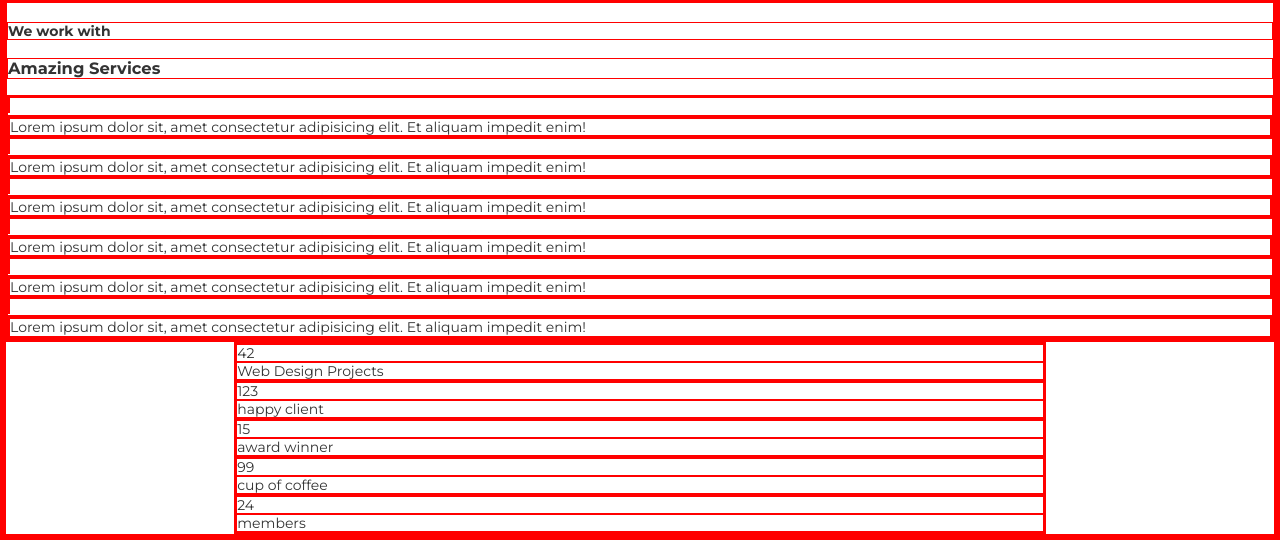
Repository: nataliiasaltan/Homework
Page: index.html
An editor plug-in stored every save of this project. The page is shown before and after the next save, followed by the edit.
The browser window is 1280 px wide. The pictures show the part of the page from y = 901 to 1443 px (the page is 1441 px tall before and 1443 px after).

Above is the page before, as saved 2020-02-27 08:02:03.

### index.html
<!DOCTYPE html>
<html lang="en">
    <head>
        <meta charset="UTF-8">
        <meta name="viewport" content="width=device-width, initial-scale=1.0">
        <link rel="stylesheet"
            href="https://necolas.github.io/normalize.css/8.0.1/normalize.css">
        <link
            href="https://fonts.googleapis.com/css?family=Kaushan+Script|Montserrat:400,700|Roboto:400,400i&display=swap"
            rel="stylesheet">
        <link rel="stylesheet" href="css/icomoon.css">
        <link rel="stylesheet" href="css/style.css">
        <title>Mogo</title>
    </head>
    <body>
        <div class="wrapper">
            <header class="header">
                <div class="container">
                    <div class="header__wrapper">
                        <strong class="logo"><a href="home.html" alt="MoGo"></a>MoGo</strong>
                        <div class="header__inner">
                            <nav class="nav">
                                <ul class="nav-list">
                                    <li><a href="#">About</a></li>
                                    <li><a href="#">service</a></li>
                                    <li><a href="#">work</a></li>
                                    <li><a href="#">blog</a></li>
                                    <li><a href="#">contact</a></li>
                                </ul>
                            </nav>
                            <div class="booking">
                                <a href="#"> <i class="icon-shopping-cart"></i></a>
                                <a href="#"> <i class="icon-search"></i></a>
                            </div>
                        </div>
                    </div>
                </div>
            </header>
            <main>
                <section class="about" style="background-image:
                    url(images/Layer_15.png);">
                    <div class="about__container">
                        <div class="about__inner">
                            <div class="creative">Creative Template</div>
                            <div class="about__title">Welcome <br> to MoGo</div>
                             </div>
                            <div class="holder-btn">
                                <a  class="about__btn" href="#">Learn more</a>

                        </div>
                    </div>
                </section>
                <section class="service">
                    <div class="service__container">
                        <div class="service__title">
                            <h4>We work with</h4>
                            <h3>Amazing Services</h3>
                        </div>
                        <div class="development__wrapper">
                            <div class="development">
                                <i class="icon-service"></i>
                                <div class="development__inner">
                                    <div class="name"></div>
                                    <div class="description">Lorem ipsum dolor
                                        sit,
                                        amet
                                        consectetur adipisicing elit. Et aliquam
                                        impedit
                                        enim!</div>
                                </div>
                            </div>
                            <div class="development">
                                <i class="icon-service"></i>
                                <div class="development__inner">
                                    <div class="name"></div>
                                    <div class="description">Lorem ipsum dolor
                                        sit,
                                        amet
                                        consectetur adipisicing elit. Et aliquam
                                        impedit
                                        enim!</div>
                                </div>
                            </div>
                            <div class="development__">
                                <i class="icon-service"></i>
                                <div class="development____inner">
                                    <div class="name"></div>
                                    <div class="description">Lorem ipsum dolor
                                        sit,
                                        amet
                                        consectetur adipisicing elit. Et aliquam
                                        impedit
                                        enim!</div>
                                </div>
                            </div>
                            <div class="development">
                                <i class="icon-service"></i>
                                <div class="development__inner">
                                    <div class="name"></div>
                                    <div class="description">Lorem ipsum dolor
                                        sit,
                                        amet
                                        consectetur adipisicing elit. Et aliquam
                                        impedit
                                        enim!</div>
                                </div>
                            </div>
                            <div class="development">
                                <i class="icon-service"></i>
                                <div class="development__inner">
                                    <div class="name"></div>
                                    <div class="description">Lorem ipsum dolor
                                        sit,
                                        amet
                                        consectetur adipisicing elit. Et aliquam
                                        impedit
                                        enim!</div>
                                </div>
                            </div>
                            <div class="development">
                                <i class="icon-service"></i>
                                <div class="development__inner">
                                    <div class="name"></div>
                                    <div class="description">Lorem ipsum dolor
                                        sit,
                                        amet
                                        consectetur adipisicing elit. Et aliquam
                                        impedit
                                        enim!</div>
                                </div>
                            </div>
                        </div>
                    </div>

                    <div class="result">
                        <div class="container">
                            <div class="result__inner">
                                <div class="namber">42</div>
                                <div class="signature">Web Design Projects</div>
                            </div>
                            <div class="result__inner">
                                <div class="namber">123</div>
                                <div class="signature">happy client</div>
                            </div>
                            <div class="result__inner">
                                <div class="namber">15</div>
                                <div class="signature">award winner</div>
                            </div>
                            <div class="result__inner">
                                <div class="namber">99</div>
                                <div class="signature">cup of coffee</div>
                            </div>
                            <div class="result__inner">
                                <div class="namber">24</div>
                                <div class="signature">members</div>
                            </div>
                        </div>
                    </div>
                </section>
            </main>
        </div>

    </body>
</html>

### css/icomoon.css
@font-face {
  font-family: 'icomoon';
  src:  url('../fonts/icomoon.eot?p5lq4w');
  src:  url('../fonts/icomoon.eot?p5lq4w#iefix') format('embedded-opentype'),
    url('../fonts/icomoon.ttf?p5lq4w') format('truetype'),
    url('../fonts/icomoon.woff?p5lq4w') format('woff'),
    url('../fonts/icomoon.svg?p5lq4w#icomoon') format('svg');
  font-weight: normal;
  font-style: normal;
  font-display: block;
}

[class^="icon-"], [class*=" icon-"] {
  /* use !important to prevent issues with browser extensions that change fonts */
  font-family: 'icomoon' !important;
  speak: none;
  font-style: normal;
  font-weight: normal;
  font-variant: normal;
  text-transform: none;
  line-height: 1;

  /* Better Font Rendering =========== */
  -webkit-font-smoothing: antialiased;
  -moz-osx-font-smoothing: grayscale;
}

.icon-search:before {
  content: "\f002";
}
.icon-align-justify:before {
  content: "\f039";
}
.icon-eye:before {
  content: "\f06e";
}
.icon-shopping-cart:before {
  content: "\f07a";
}
.icon-twitter:before {
  content: "\f099";
}
.icon-facebook:before {
  content: "\f09a";
}
.icon-facebook-f:before {
  content: "\f09a";
}
.icon-google-plus:before {
  content: "\f0d5";
}
.icon-youtube-play:before {
  content: "\f16a";
}
.icon-instagram:before {
  content: "\f16d";
}
.icon-tumblr:before {
  content: "\f173";
}
.icon-dribbble:before {
  content: "\f17d";
}
.icon-file-image-o:before {
  content: "\f1c5";
}
.icon-file-photo-o:before {
  content: "\f1c5";
}
.icon-file-picture-o:before {
  content: "\f1c5";
}
.icon-copyright:before {
  content: "\f1f9";
}
.icon-pinterest-p:before {
  content: "\f231";
}
.icon-commenting:before {
  content: "\f27a";
}

### css/style.css
*,
::after,
::before{
    box-sizing: border-box;
    border: 1px solid red;
}

body{
    font-family: 'Montserrat', sans-serif;
    font-size: 14px;
    font-weight: 400;
    color: #333333;
    margin: 0;
}

img{
    display: inline-block;
    max-width: 100%;
    vertical-align: top;
}

a{
    text-decoration: none;
    display: inline;
    cursor: pointer;
}

p{
    margin: 0;
}

header{
    position: absolute;
    z-index: 10;
    left: 0;
    right: 0;
    top: 0;
    bottom: 0;
}


.container{
    max-width: 64%;
    margin: 0 auto;
}

.header__wrapper{
    margin-top: 30px;
}

.header__wrapper{
    display: flex;
    justify-content: space-between;
    text-align: center;
}

.header__inner{
    display: flex;
    justify-content: space-between;
}

.logo{
    align-self: center;
    font-size: 30px;
    font-weight: 700;
    color: #ffffff;
    cursor: pointer;
}

.nav-list{
    display: flex;
    justify-content: center;
    align-items: center;
    list-style: none;
    padding: 0;
}

.nav-list a{
   color: #ffffff;
   padding: 12px 25px;
   border-bottom: 1px solid transparent;
   text-transform: uppercase;
}

.nav-list a:hover{
    color: #fce38a;
    border-bottom: 1px solid #fce38a;
}

.booking{
    align-self: center;
}

.icon-shopping-cart,
.icon-search{
    padding: 0 20px;
    color: #ffffff;
}

.about{
    position: relative;
    min-height: 100vh;
    background-size: cover;
    background-position: center;
    width: 100%;
    padding: 170px 0;
    display: flex;
    justify-content: space-between;
}

.about:after{
    position: absolute;
    content: "";
    top: 0;
    left: 0;
    bottom: 0;
    right: 0;
    /* background: linear-gradient(to top, rgba(252, 227, 138, 0.9)0%, rgba(243, 129, 129, 0.9) 100%); */
}

.about__container{
    min-width: 43%;
    margin: 0 auto;
    padding-bottom: 25px;
}

.about__inner{
    margin-bottom: 100px;
    position: relative;
}

.about__inner::after{
    position: absolute;
    content: "";
    width: 100%;
    max-width: 60px;
    height: 3px;
    background-color: #fff;
    top: 110%;
    left: 47%;
}
.creative{
    color: #ffffff;
    font-family: "Kaushan Script";
    font-size: 72px;
    text-align: center;
    margin-bottom: 42px;
}

.about__title{
    color: #ffffff;
    font-size: 150px;
    font-weight: 700;
    line-height: 0.93;
    text-transform: uppercase;
    text-align: center;
}

.holder-btn{
    max-width: 20%;
    margin: 0 auto;
}

.about__btn{
    color: #ffffff;
    font-weight: 700;
    text-transform: uppercase;
    padding: 15px 32px;
    border: 1px solid #ffffff;
    cursor: pointer;
}

After the next save:
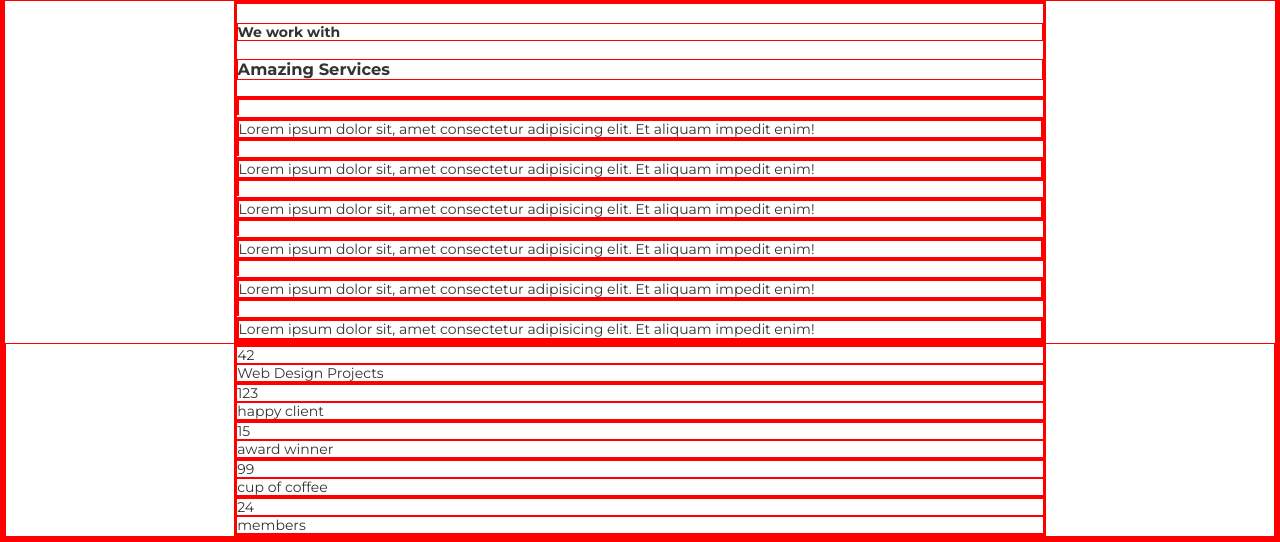
Saved 3 min 22 s later.
--- a/index.html
+++ b/index.html
@@ -51,11 +51,13 @@
                     </div>
                 </section>
                 <section class="service">
-                    <div class="service__container">
+                    <div class="container">
+                        <div class="title-holder">
                         <div class="service__title">
                             <h4>We work with</h4>
                             <h3>Amazing Services</h3>
                         </div>
+                    </div>
                         <div class="development__wrapper">
                             <div class="development">
                                 <i class="icon-service"></i>
